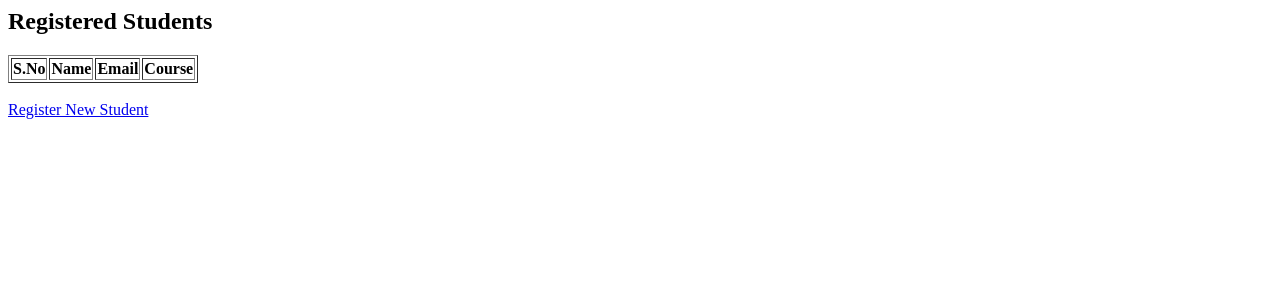
Repository: anik3395/JavaServletProjects
Page: http://localhost/StudentRegistrationSystem/view
The author's editor kept a copy of each file at every save. The page is drawn from the files as they stood at one save, then again after the next save.
The browser window is 1280 px wide. The pictures show the whole page.
The page is served by Tomcat 9. Other server files are loaded and not shown.

Above is the page before, as saved 2024-10-22 13:54:40.

### eclipse-workspace/StudentRegistrationSystem/src/main/java/com/anik/ViewStudentServlet.java
package com.anik;

import java.io.IOException;
import java.io.PrintWriter;
import java.util.List;

import javax.servlet.ServletException;
import javax.servlet.annotation.WebServlet;
import javax.servlet.http.HttpServlet;
import javax.servlet.http.HttpServletRequest;
import javax.servlet.http.HttpServletResponse;


@WebServlet("/view")
public class ViewStudentServlet extends HttpServlet {


	protected void doGet(HttpServletRequest request, HttpServletResponse response) throws ServletException, IOException {
		// Set response content type to HTML
        response.setContentType("text/html");

        // Get the PrintWriter to write HTML output
        PrintWriter out = response.getWriter();

        // Start HTML document
        out.println("<html><body>");
        out.println("<h2>Registered Students</h2>");

        // Table headers for displaying students
        out.println("<table border='1'>");
        out.println("<tr><th>S.No</th><th>Name</th><th>Email</th><th>Course</th></tr>");

        // Retrieve the list of students stored in the StudentServlet
        List<Student> students = StudentServlet.students;

        // Iterate through the student list and create rows for each student
        for (int i = 0; i < students.size(); i++) {
            Student student = students.get(i);
            out.println("<tr>");
            out.println("<td>" + (i + 1) + "</td>");  // Serial Number
            out.println("<td>" + student.getName() + "</td>");  // Student Name
            out.println("<td>" + student.getEmail() + "</td>");  // Student Email
            out.println("<td>" + student.getCourse() + "</td>");  // Course Name
            out.println("</tr>");
        }

        // End of the table
        out.println("</table>");

        // Add a link to register a new student
        out.println("<br><a href='register'>Register New Student</a>");

        // End HTML document
        out.println("</body></html>");
	}



}

After the next save:
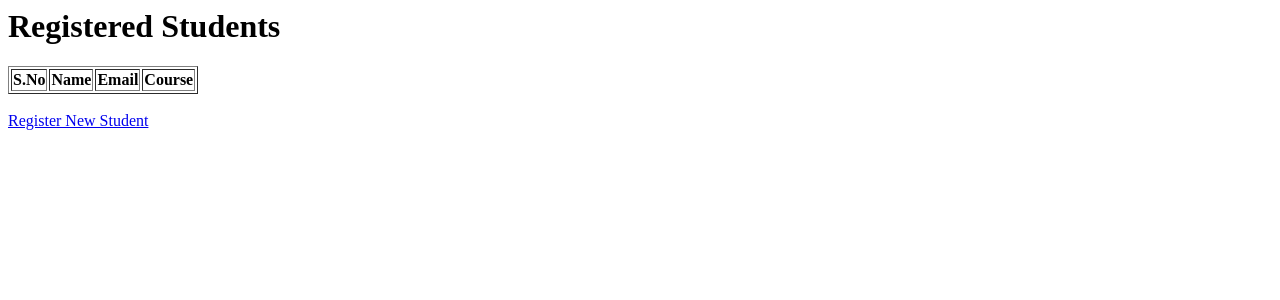
Saved 4 min 13 s later.
--- a/eclipse-workspace/StudentRegistrationSystem/src/main/java/com/anik/ViewStudentServlet.java
+++ b/eclipse-workspace/StudentRegistrationSystem/src/main/java/com/anik/ViewStudentServlet.java
@@ -24,7 +24,7 @@ public class ViewStudentServlet extends HttpServlet {
 
         // Start HTML document
         out.println("<html><body>");
-        out.println("<h2>Registered Students</h2>");
+        out.println("<h1>Registered Students</h1>");
 
         // Table headers for displaying students
         out.println("<table border='1'>");
